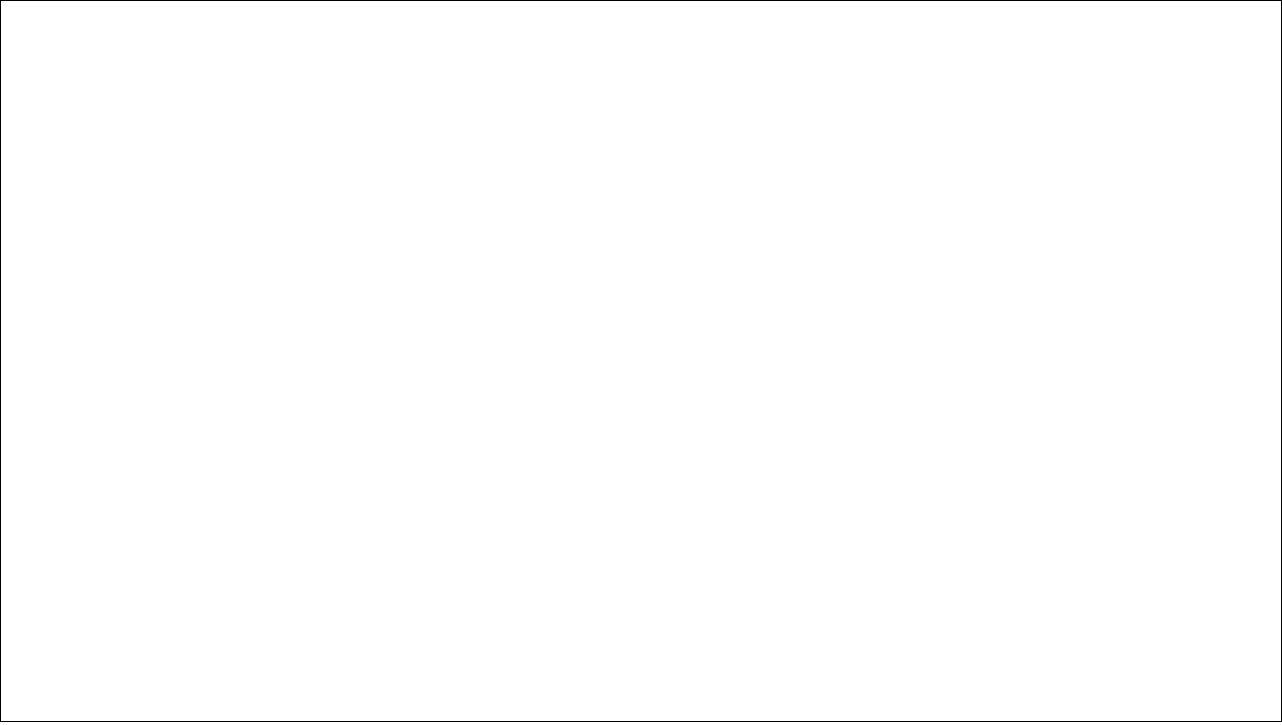
Repository: tenlekdan/particle-effect
Page: inidex.html
An editor plug-in stored every save of this project. The page is shown before and after the next save, followed by the edit.
The browser window is 1280 px wide. The page is 1282 px wide, so the pictures cover 1282 px, including what lies to the right of the window. The pictures show the whole page.

Above is the page before, as saved 2019-12-26 14:33:14.

After the next save:
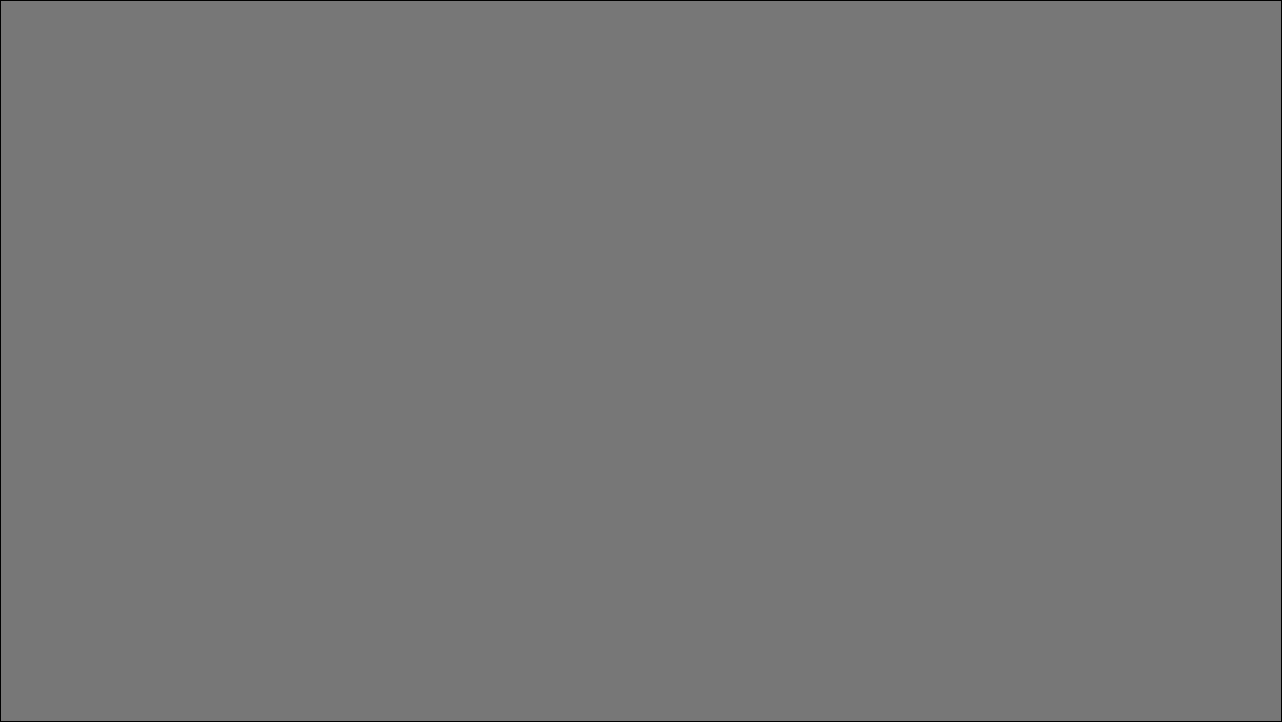
Saved 67 s later.
--- a/inidex.html
+++ b/inidex.html
@@ -23,6 +23,7 @@
         }
         canvas {
             border: solid 1px;
+            background-color: #777;
         }
     </style>
 </head>
